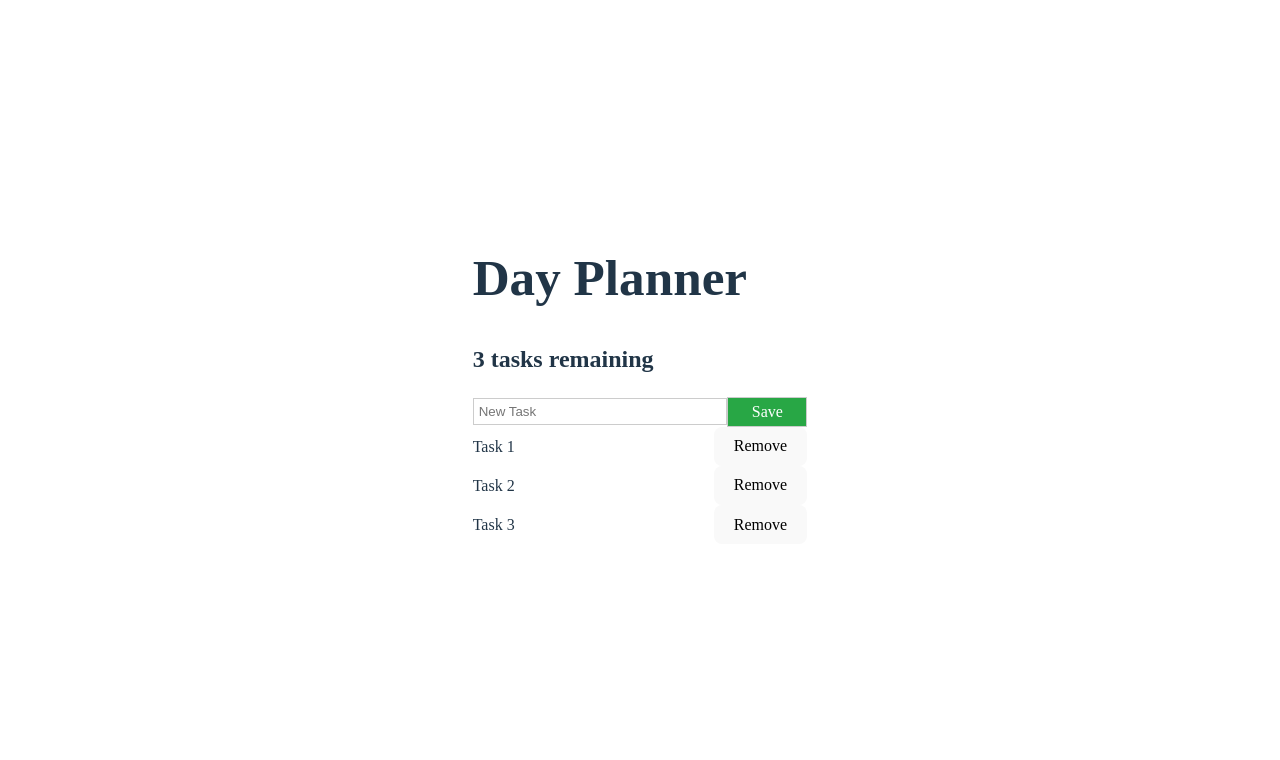
Repository: GavinPahal/lab5
Page: /
The author's editor kept a copy of each file at every save. The page is drawn from the files as they stood at one save, then again after the next save.
The browser window is 1280 px wide. The pictures show the whole page.
The project was rebuilt for these pictures with package versions that can differ from the ones it lists, and the page was loaded fresh each time. Also part of the build but not shown: vite.config.js.

Above is the page before, as saved 2024-10-11 18:07:52.

### src/App.jsx
// src/App.jsx
import React, { useState } from 'react';
import Header from '../components/Header';
import TaskForm from '../components/TaskForm';
import TaskList from '../components/TaskList';
import './App.css';

function App() {
  const [tasks, setTasks] = useState([
    { id: 1, name: "Task 1", isCompleted: false },
    { id: 2, name: "Task 2", isCompleted: false },
    { id: 3, name: "Task 3", isCompleted: false },
  ]);

  const addTask = (name) => {
    setTasks([...tasks, { id: Date.now(), name, isCompleted: false }]);
  };

  const toggleComplete = (id) => {
    setTasks(
      tasks.map((task) =>
        task.id === id ? { ...task, isCompleted: !task.isCompleted } : task
      )
    );
  };

  const deleteTask = (id) => {
    setTasks(tasks.filter((task) => task.id !== id));
  };

  const pendingTasksCount = tasks.filter((task) => !task.isCompleted).length;

  return (
    <div className="app">
      <Header pendingTasksCount={pendingTasksCount} />
      <TaskForm addTask={addTask} />
      <TaskList
        tasks={tasks}
        toggleComplete={toggleComplete}
        deleteTask={deleteTask}
      />
    </div>
  );
}

export default App;

### components/Header.jsx
// components/Header.jsx
import React from 'react';

function Header({ pendingTasksCount }) {
  return (
    <header>
      <h1>Day Planner</h1>
      <h2>{pendingTasksCount} tasks remaining</h2>
    </header>
  );
}

export default Header;

### components/TaskForm.jsx
// components/TaskForm.jsx
import React, { useState } from 'react';

function TaskForm({ addTask }) {
  const [taskName, setTaskName] = useState('');

  const handleSubmit = (e) => {
    e.preventDefault();
    if (taskName.trim() !== '') {
      addTask(taskName);
      setTaskName('');
    }
  };

  return (
    <form onSubmit={handleSubmit} style={{ display: 'flex', alignItems: 'center', width: '100%' }}>
      <input
        type="text"
        placeholder="New Task"
        value={taskName}
        onChange={(e) => setTaskName(e.target.value)}
        style={{
          flex: 1, // Take remaining space
          marginRight: '0', // No margin to make button flush with input
          padding: '5px', // Padding for input
          borderRadius: '0', // No rounded edges
          border: '1px solid #ccc', // Light border for visibility
        }}
      />
      <button type="submit" className="save" style={{ padding: '5px', borderRadius: '0' }}>
        Save
      </button>
    </form>
  );
}

export default TaskForm;

### components/TaskList.jsx
// components/TaskList.jsx
import React from 'react';

function TaskList({ tasks, toggleComplete, deleteTask }) {
  return (
    <div>
      {tasks.map((task) => (
        <div key={task.id} className={`task ${task.isCompleted ? 'completed' : ''}`}>
          <span onClick={() => toggleComplete(task.id)} style={{ cursor: 'pointer' }}>
            {task.name}
          </span>
          <button
            className="remove"
            onClick={() => deleteTask(task.id)}
            style={{ marginLeft: '199px' }} // Add space to the left of the remove button
          >
            Remove
          </button>
        </div>
      ))}
    </div>
  );
}

export default TaskList;

### src/App.css
/* src/App.css */
body {
  font-family: 'Times New Roman', Times, serif;
  margin: 0;
  padding: 20px;
  display: flex; /* Use Flexbox for centering */
  justify-content: center; /* Center horizontally */
  align-items: center; /* Center vertically */
  height: 100vh; /* Full height for vertical centering */
}

.app {
  background-color: #fff;
  padding: 10px;
  border-radius: 5px; /* Keep this if you want rounded corners */
}

button.save {
  background-color: #28a745; /* Green color */
  color: white;
  border: 1px solid #ccc; /* Light border for visibility */
  cursor: pointer;
  width: 80px; /* Ensure fixed width for consistency */
}

button.save:hover {
  background-color: #218838; /* Darker green on hover */
}

Loaded but not shown: index.html (common file); src/main.jsx (common file); src/index.css (common file)

After the next save:
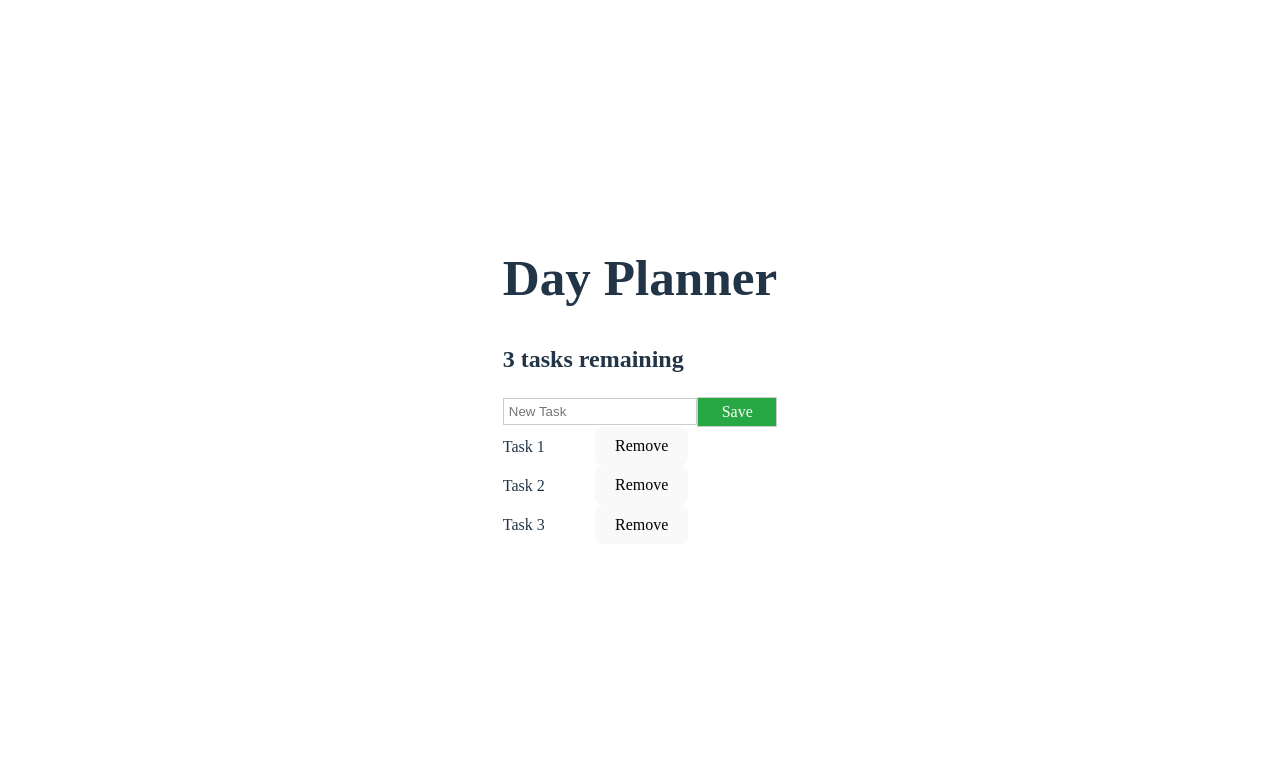
Saved 9 s later.
--- a/components/TaskList.jsx
+++ b/components/TaskList.jsx
@@ -12,7 +12,7 @@ function TaskList({ tasks, toggleComplete, deleteTask }) {
           <button
             className="remove"
             onClick={() => deleteTask(task.id)}
-            style={{ marginLeft: '199px' }} // Add space to the left of the remove button
+            style={{ marginLeft: '50px' }} // Add space to the left of the remove button
           >
             Remove
           </button>
